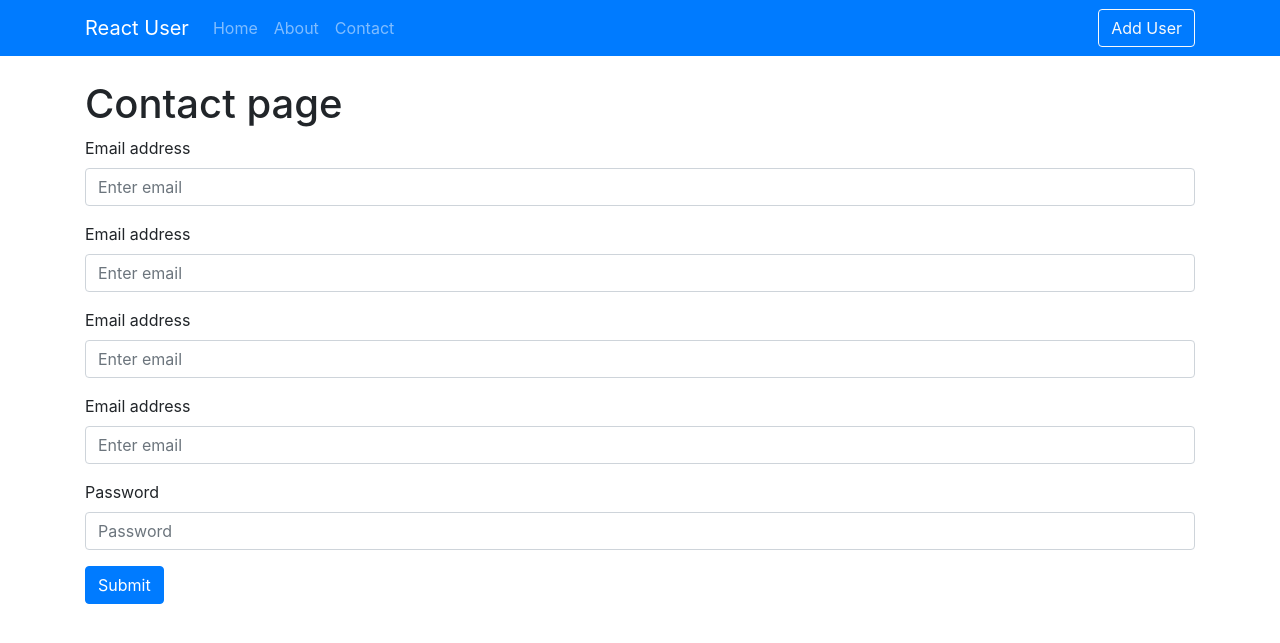
Repository: hardik2626/reactcrud2020
Page: /users/add
An editor plug-in stored every save of this project. The page is shown before and after the next save, followed by the edit.
The browser window is 1280 px wide. The pictures show the whole page.
The project was rebuilt for these pictures with package versions that can differ from the ones it lists, and the page was loaded fresh each time. Also part of the build but not shown: src/index.css, src/App.css, src/component/pages/Home.js, src/component/pages/About.js, src/component/pages/Contact.js, src/component/pages/Notfound.js.

Above is the page before, as saved 2020-10-29 10:09:46.

After the next save:
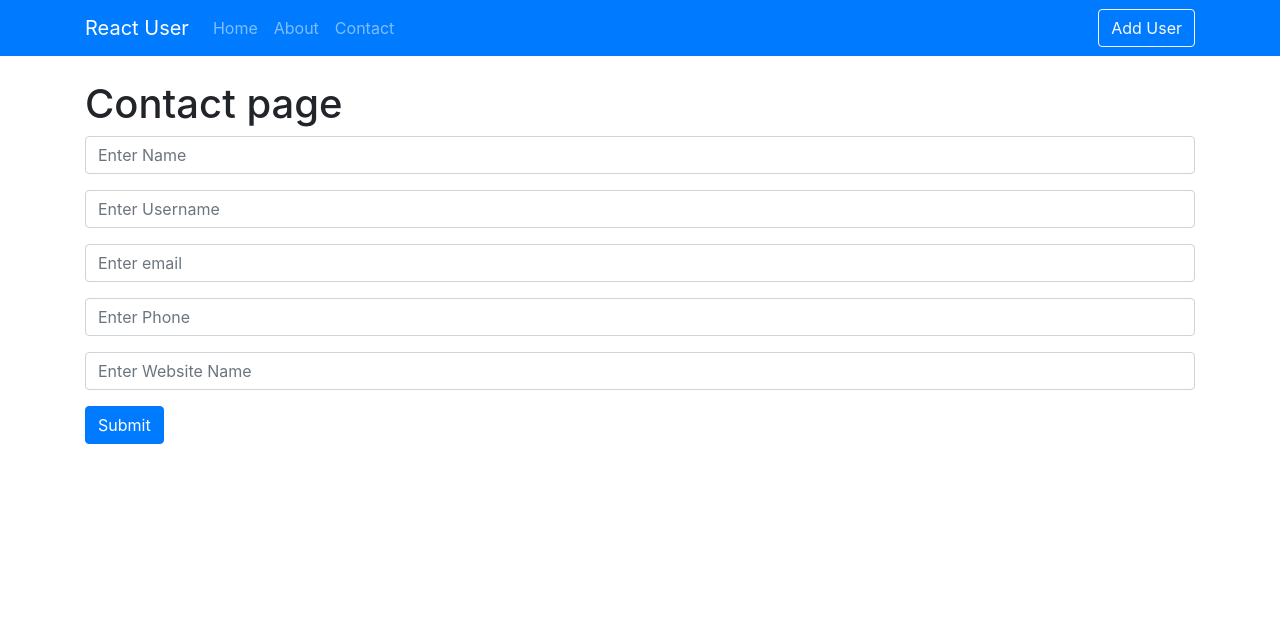
Saved 71 s later.
--- a/src/component/users/AddUser.js
+++ b/src/component/users/AddUser.js
@@ -7,28 +7,23 @@ const AddUser = () => {
                     <h1>Contact page</h1>
                     <form>
                         <div class="form-group">
-                            <label for="exampleInputEmail1">Email address</label>
+                            <input type="text" class="form-control" placeholder="Enter Name" />
+
+                        </div>
+                        <div class="form-group">
+                            <input type="text" class="form-control" placeholder="Enter Username" />
+
+                        </div>
+                        <div class="form-group">
                             <input type="email" class="form-control" placeholder="Enter email" />
 
                         </div>
                         <div class="form-group">
-                            <label for="exampleInputEmail1">Email address</label>
-                            <input type="email" class="form-control" placeholder="Enter email" />
+                            <input type="number" class="form-control" placeholder="Enter Phone" />
 
                         </div>
                         <div class="form-group">
-                            <label for="exampleInputEmail1">Email address</label>
-                            <input type="email" class="form-control" placeholder="Enter email" />
-
-                        </div>
-                        <div class="form-group">
-                            <label for="exampleInputEmail1">Email address</label>
-                            <input type="email" class="form-control" placeholder="Enter email" />
-
-                        </div>
-                        <div class="form-group">
-                            <label for="exampleInputPassword1">Password</label>
-                            <input type="password" class="form-control"  placeholder="Password" />
+                            <input type="text" class="form-control"  placeholder="Enter Website Name" />
                         </div>
 
                         <button type="submit" class="btn btn-primary">Submit</button>
